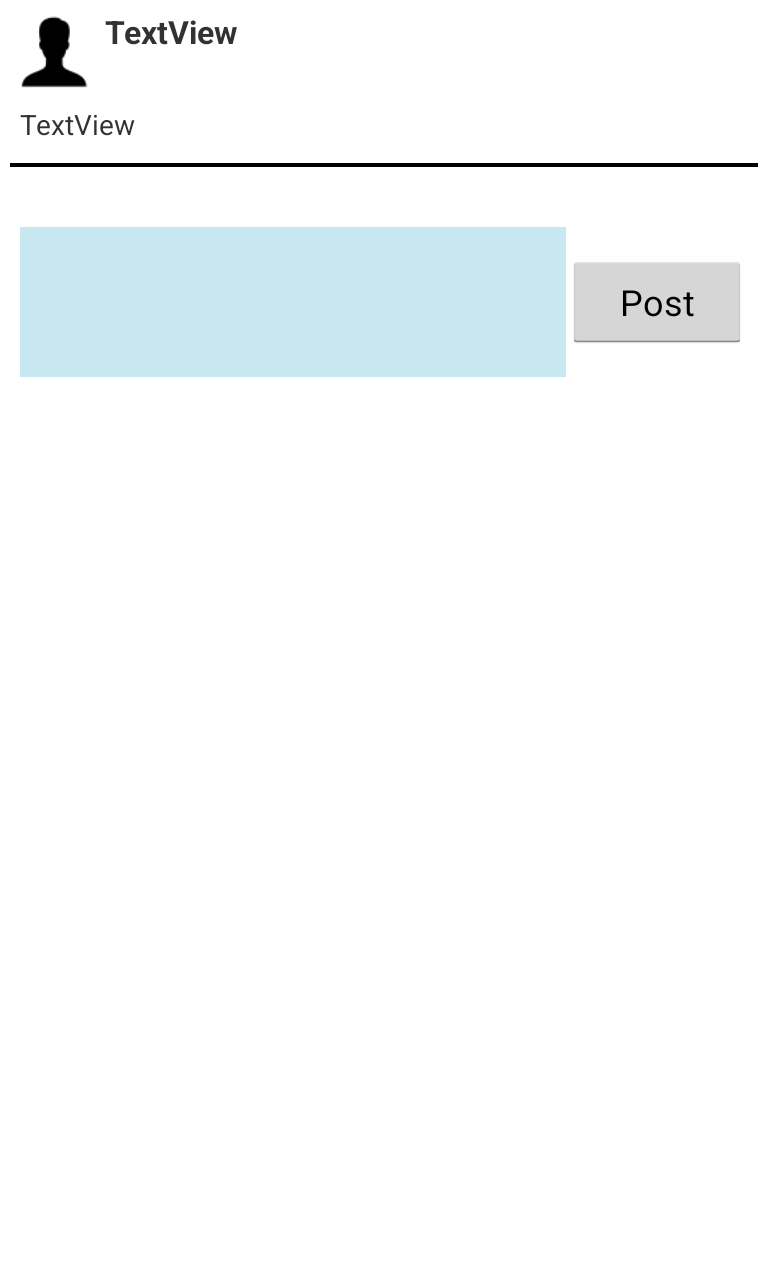
Repository: AdityaKiet/android-work2
Layout: UPTUQuestionBank/res/layout/explore_question.xml
These files come from the project's save history. The layout is drawn as it stood at one moment and after the next save; the edit follows.
It is drawn on a 768 x 1280 px phone screen (xhdpi) without system bars, with theme AppTheme; the app's code is not run.

Above is the layout before, as saved 2015-04-25 13:54:12.

After the next save:
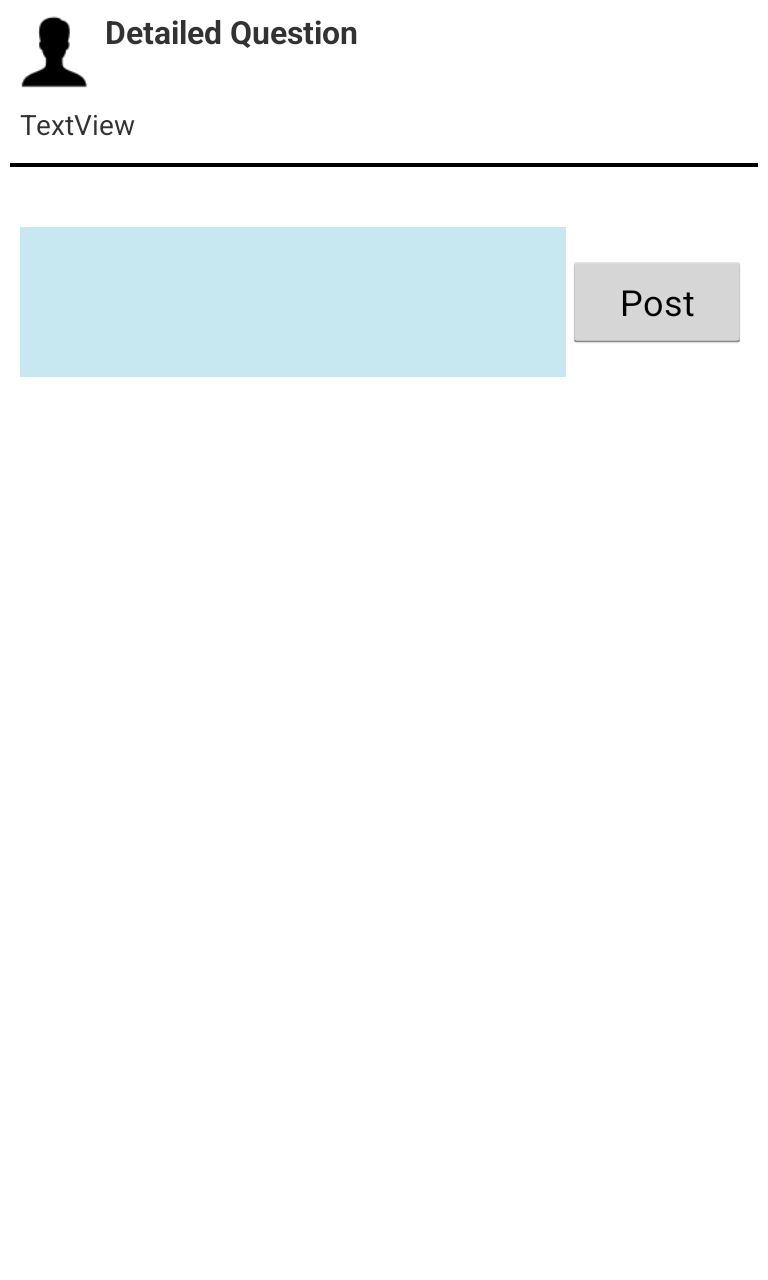
Saved 14 s later.
--- a/UPTUQuestionBank/res/layout/explore_question.xml
+++ b/UPTUQuestionBank/res/layout/explore_question.xml
@@ -31,7 +31,7 @@
                     android:layout_width="wrap_content"
                     android:layout_height="wrap_content"
                     android:layout_marginLeft="5dp"
-                    android:text="TextView"
+                    android:text="Detailed Question"
                     android:textSize="16sp"
                     android:textStyle="bold" />
             </LinearLayout>
